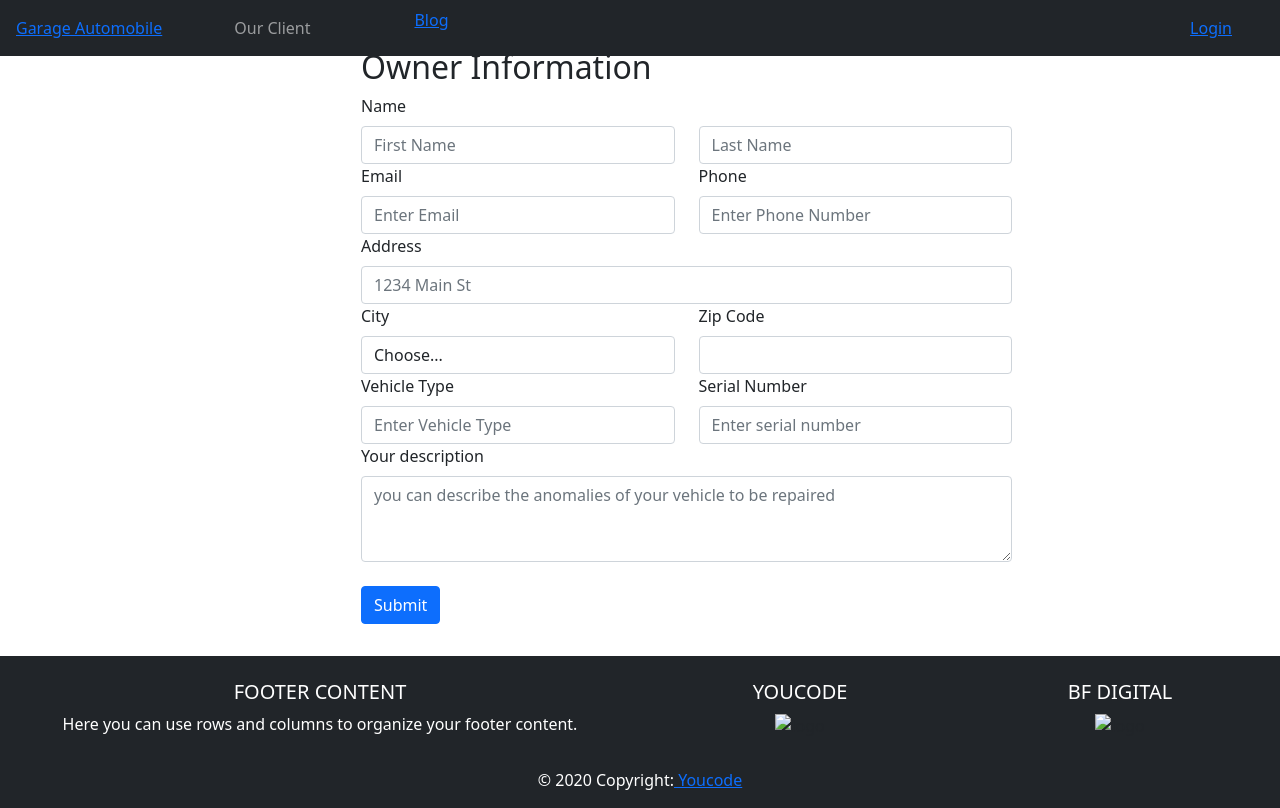
Repository: abdelhak-f/Fil-Rouge
Page: /register (app in client/)
These files come from the project's save history. The page is drawn as it stood at one moment and after the next save; the edit follows.
The browser window is 1280 px wide. The pictures show the whole page.
The project was rebuilt for these pictures with package versions that can differ from the ones it lists, and the page was loaded fresh each time. Also part of the build but not shown: client/src/components/Text.jsx, client/src/components/forms/FirstFrontForm.jsx, client/src/components/Body.jsx, client/src/components/Blog.jsx, client/src/components/forms/FormGarage.jsx, client/src/components/loged/login/Login.jsx.

Above is the page before, as saved 2021-09-10 17:49:41.

### client/public/index.html
<!DOCTYPE html>
<html lang="en">
  <head>
    <meta charset="utf-8" />
    <link rel="icon" href="%PUBLIC_URL%/favicon.ico" />
    <meta name="viewport" content="width=device-width, initial-scale=1" />
    <meta name="theme-color" content="#000000" />
    <meta
      name="description"
      content="Web site created using create-react-app"
    />
    <!--   import bootstrao  -->
    <link
  rel="stylesheet"
  href="https://cdn.jsdelivr.net/npm/bootstrap@5.1.0/dist/css/bootstrap.min.css"
  integrity="sha384-KyZXEAg3QhqLMpG8r+8fhAXLRk2vvoC2f3B09zVXn8CA5QIVfZOJ3BCsw2P0p/We"
  crossorigin="anonymous"
  />

    <link rel="apple-touch-icon" href="%PUBLIC_URL%/logo192.png" />
    <!--
      manifest.json provides metadata used when your web app is installed on a
      user's mobile device or desktop. See https://developers.google.com/web/fundamentals/web-app-manifest/
    -->
    <link rel="manifest" href="%PUBLIC_URL%/manifest.json" />
    <!--
      Notice the use of %PUBLIC_URL% in the tags above.
      It will be replaced with the URL of the `public` folder during the build.
      Only files inside the `public` folder can be referenced from the HTML.

      Unlike "/favicon.ico" or "favicon.ico", "%PUBLIC_URL%/favicon.ico" will
      work correctly both with client-side routing and a non-root public URL.
      Learn how to configure a non-root public URL by running `npm run build`.
    -->
    <title>React App</title>
  </head>
  <body>
    <noscript>You need to enable JavaScript to run this app.</noscript>
    <div id="root"></div>
    <!--
      This HTML file is a template.
      If you open it directly in the browser, you will see an empty page.

      You can add webfonts, meta tags, or analytics to this file.
      The build step will place the bundled scripts into the <body> tag.

      To begin the development, run `npm start` or `yarn start`.
      To create a production bundle, use `npm run build` or `yarn build`.
    -->
  </body>
</html>

### client/src/index.js
import React from 'react';
import ReactDOM from 'react-dom';
import './index.css';
import App from './App';
import reportWebVitals from './reportWebVitals';

// import bootstrap
import 'bootstrap/dist/css/bootstrap.min.css';

ReactDOM.render(
  <React.StrictMode>
    <App />
  </React.StrictMode>,
  document.getElementById('root')
);

// If you want to start measuring performance in your app, pass a function
// to log results (for example: reportWebVitals(console.log))
// or send to an analytics endpoint. Learn more: https://bit.ly/CRA-vitals
reportWebVitals();

### client/src/App.js
// import './App.css';
import React from 'react';

import Navbar from './components/Nnavbar';
import Body from './components/Body';
import Footer from './components/Footer';
import Blog from './components/Blog';
import FormGarage from './components/forms/FormGarage'
import Login from './components/loged/login/Login';
import Register from './components/loged/register/Register';

import { BrowserRouter as Router, Switch, Route } from 'react-router-dom';






function App() {
  return (


    <>
<Router>

     <Navbar />




    <Switch>
    <Route  path="/" exact component={Body} />
    <Route  path="/Blog" component={Blog} />
    <Route  path="/FormGarage" component={FormGarage} />
    <Route  path="/login" component={Login} />
    <Route  path="/register" component={Register} />
    </Switch>

    <Footer/>
</Router>
    </>

  );
}

export default App;

### client/src/components/Nnavbar.jsx
import React from 'react';
import { NavLink } from 'react-router-dom';

import * as ReactBootstrap from 'react-bootstrap';









function Navbar() {
    return(
      <>

            <ReactBootstrap.Navbar className="mb-5" collapseOnSelect expand="lg" bg="dark" variant="dark" fixed="top">

 <NavLink className="mx-3" to="/">Garage Automobile</NavLink>
 <ReactBootstrap.Navbar.Toggle aria-controls="responsive-navbar-nav" />
 <ReactBootstrap.Navbar.Collapse id="responsive-navbar-nav">
   <ReactBootstrap.Nav className="me-auto">
     <ReactBootstrap.Nav.Link className="mx-5" href="#features">Our Client</ReactBootstrap.Nav.Link>
     <NavLink  className="px-5" to="/blog">Blog</NavLink>
     {/* <ReactBootstrap.NavDropdown title="Dropdown" id="collasible-nav-dropdown">
       <ReactBootstrap.NavDropdown.Item href="#action/3.1">Action</ReactBootstrap.NavDropdown.Item>
       <ReactBootstrap.NavDropdown.Item href="#action/3.2">Another action</ReactBootstrap.NavDropdown.Item>
       <ReactBootstrap.NavDropdown.Item href="#action/3.3">Something</ReactBootstrap.NavDropdown.Item>
       <ReactBootstrap.NavDropdown.Divider />
       <ReactBootstrap.NavDropdown.Item href="#action/3.4">Separated link</ReactBootstrap.NavDropdown.Item>
     </ReactBootstrap.NavDropdown> */}
   </ReactBootstrap.Nav>
   <ReactBootstrap.Nav>
     <NavLink  className="px-5"  to="/login"> Login</NavLink>
     {/* <ReactBootstrap.Nav.Link eventKey={2} href="#memes">
       Admin
     </ReactBootstrap.Nav.Link> */}
   </ReactBootstrap.Nav>
 </ReactBootstrap.Navbar.Collapse>

</ReactBootstrap.Navbar>





</>

    )
}

export default Navbar ;

### client/src/components/Footer.jsx
import React from "react";


function Footer () {
    return(
<footer  className="pt-4 page-footer font-small blue bg-dark ">
    <div className="text-center container-fluid text-md-left ">
        <div className="row">
            <div className="mt-3 text-white col-md-6 mt-md-0">
                <h5 className=" text-uppercase">Footer Content</h5>
                <p >Here you can use rows and columns to organize your footer content.</p>
            </div>

            <hr className="clearfix pb-0 w-100 d-md-none"/>

            <div className="mb-3 col-md-3 mb-md-0">
                <h5 className="text-white text-uppercase">Youcode</h5>
                <img src="" alt="logo" width={300} /></div>

            <div className="mb-3 col-md-3 mb-md-0">
                <h5 className="text-white text-uppercase " >BF Digital</h5>
                <img src="" alt="logo" width={300} />
            </div>
        </div>
    </div>

    <div className="py-3 text-center text-white footer-copyright " >© 2020 Copyright:
        <a href="https://www.youcode.ma/"> Youcode</a>
    </div>

</footer>
)

}

export default Footer

### client/src/components/loged/register/Register.jsx
import React from 'react'
import {Form, Container,Jumbotron, Button, Row, Col} from 'react-bootstrap';

function Register() {
    return (
        <Container className="mt-5 mb-3">

            <Col md={{ span: 7, offset: 3 }}>
              <Jumbotron>
                <Form>
                  <Form.Group>
                    <h2>Owner Information</h2>
                    <Form.Label>Name</Form.Label>
                    <Row>
                      <Col>
                        <Form.Control placeholder="First Name"></Form.Control>
                      </Col>
                      <Col>
                        <Form.Control placeholder="Last Name"></Form.Control>
                      </Col>
                    </Row>
                  </Form.Group>
                  <Row>
                    <Form.Group as={Col} controlId="formGridEmail">
                      <Form.Label>Email</Form.Label>
                      <Form.Control type="email" placeholder="Enter Email" />
                    </Form.Group>
                    <Form.Group as={Col} controlId="formGridTel">
                      <Form.Label>Phone</Form.Label>
                      <Form.Control
                        type="telephone"
                        placeholder="Enter Phone Number"
                      />
                    </Form.Group>
                  </Row>
                  <Form.Group controlId="formGridAddress1">
                    <Form.Label>Address</Form.Label>
                    <Form.Control placeholder="1234 Main St" />
                  </Form.Group>

                  <Row>

                    <Form.Group as={Col} controlId="formGridState">
                      <Form.Label>City</Form.Label>
                      <Form.Control as="select">
                        <option>Choose...</option>
                        <option>Youssoufia</option>
                        <option>Safi</option>
                        <option>Marrakech</option>
                        <option>Agadir</option>
                        <option>Casablanca</option>
                        <option>Rabat</option>
                      </Form.Control>
                    </Form.Group>
                    <Form.Group as={Col} controlId="formGridCityZip">
                      <Form.Label>Zip Code</Form.Label>
                      <Form.Control />
                    </Form.Group>
                  </Row>
                  <Row>
                    <Form.Group as={Col} controlId="formGridEmail">
                      <Form.Label>Vehicle Type</Form.Label>
                      <Form.Control type="text" placeholder="Enter Vehicle Type" />
                    </Form.Group>
                    <Form.Group as={Col} controlId="formGridTel">
                      <Form.Label>Serial Number</Form.Label>
                      <Form.Control
                        type="number"
                        placeholder="Enter serial number"
                      />
                    </Form.Group>
                  </Row>
                  <Row>
                    <Form.Group className="" controlId="exampleForm.ControlTextarea1">
                      <Form.Label>Your description</Form.Label>
                      <Form.Control as="textarea" rows={3}
                        placeholder="you can describe the anomalies of your vehicle to be repaired"
                      />
                    </Form.Group>

                  </Row>
                  <br />


                  <Button className="mb-3"
                   variant="primary" type="submit">
                     Submit
                 </Button>

                </Form>
              </Jumbotron>
            </Col>


        </Container>
    )
}

export default Register

### client/src/components/css/style.css

.Blog {
    margin-top: 5rem;
    margin-bottom: 5rem;
  }
  .Login{
    margin-top: 5rem;
    margin-bottom: 5rem;
    margin-left: 25%;
    margin-right: 25%;
  }

  .form-inline {
      margin-top:  5%;
      width: 80%;
      height: 5%;
  }
  .btn{
      margin-bottom: 23%;
  }

Loaded but not shown: client/src/index.css (common file); client/src/reportWebVitals.js (common file)

After the next save:
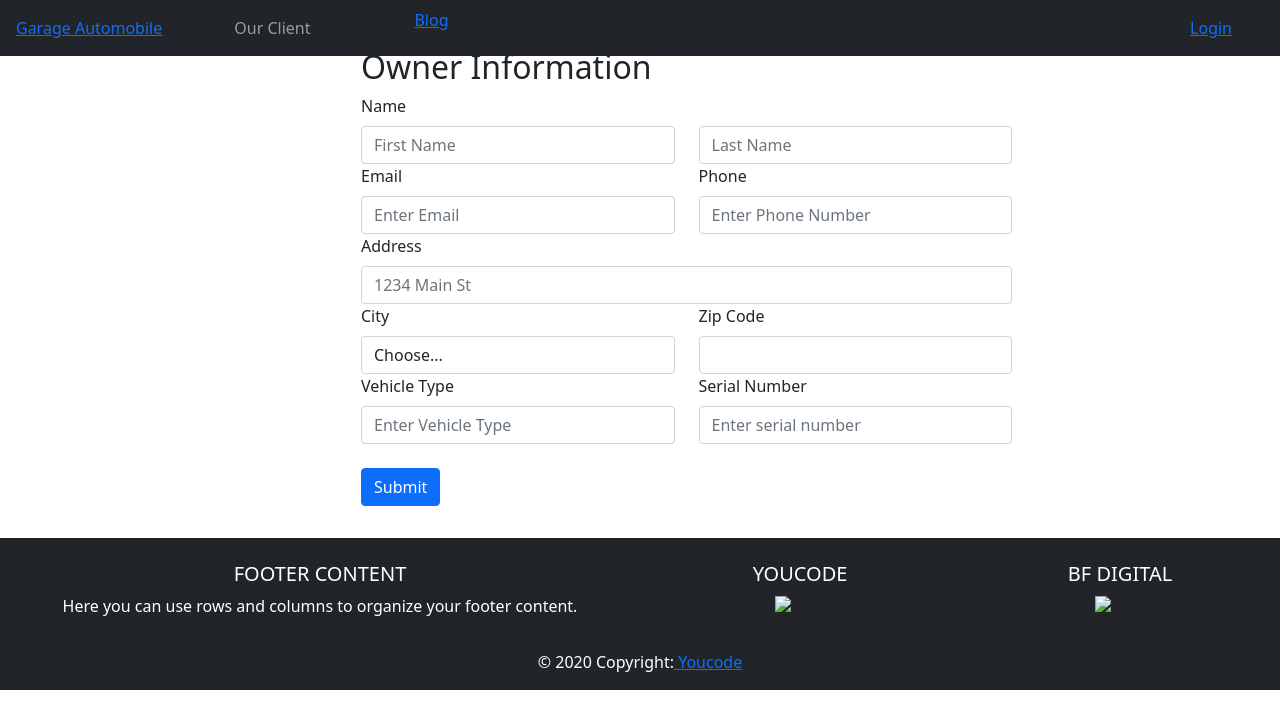
Saved 26 s later.
--- a/client/src/components/loged/register/Register.jsx
+++ b/client/src/components/loged/register/Register.jsx
@@ -70,15 +70,7 @@ function Register() {
                       />
                     </Form.Group>
                   </Row>
-                  <Row>
-                    <Form.Group className="" controlId="exampleForm.ControlTextarea1">
-                      <Form.Label>Your description</Form.Label>
-                      <Form.Control as="textarea" rows={3}
-                        placeholder="you can describe the anomalies of your vehicle to be repaired"
-                      />
-                    </Form.Group>
 
-                  </Row>
                   <br />
 
 
